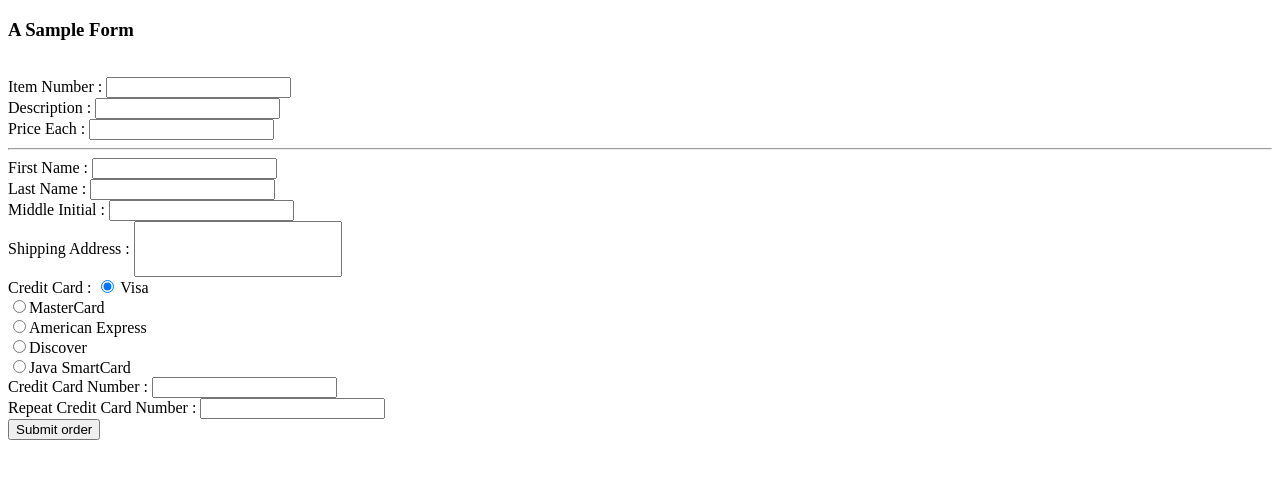
Repository: 2Re-play/Spring_practice
Page: http://localhost/homework01/view/form.jsp
An editor plug-in stored every save of this project. The page is shown before and after the next save, followed by the edit.
The browser window is 1280 px wide. The pictures show the whole page.
The page is served by Tomcat 9.

Above is the page before, as saved 2019-10-04 09:22:44.

After the next save:
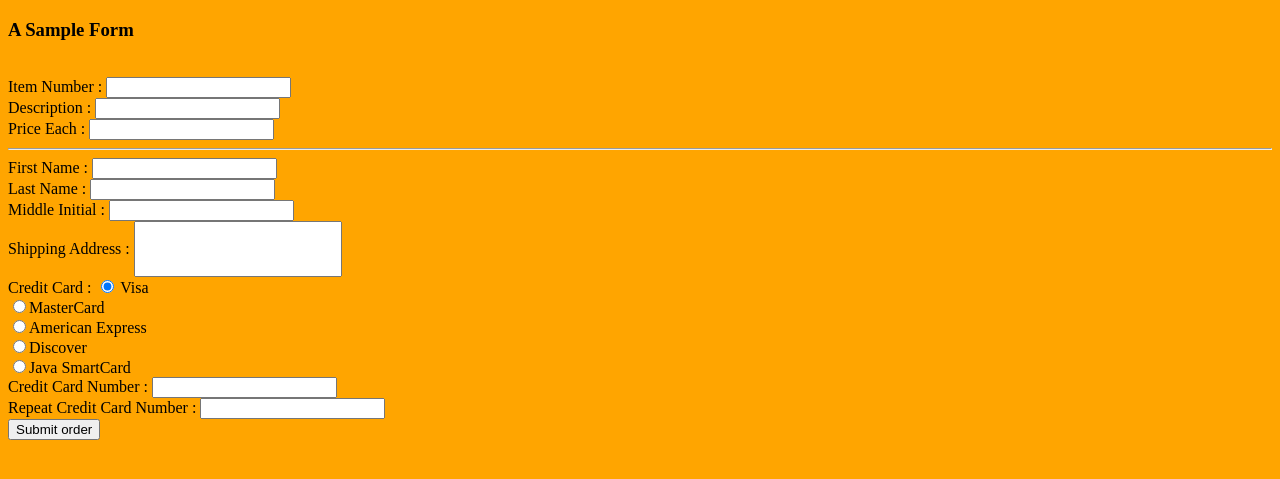
Saved 49 s later.
--- a/homework01/WebContent/view/form.jsp
+++ b/homework01/WebContent/view/form.jsp
@@ -7,7 +7,7 @@
 <title>Insert title here</title>
 <style>
 	body {
-	background-color : "yellow";
+	background-color : orange;
 	}
 </style>
 </head>
